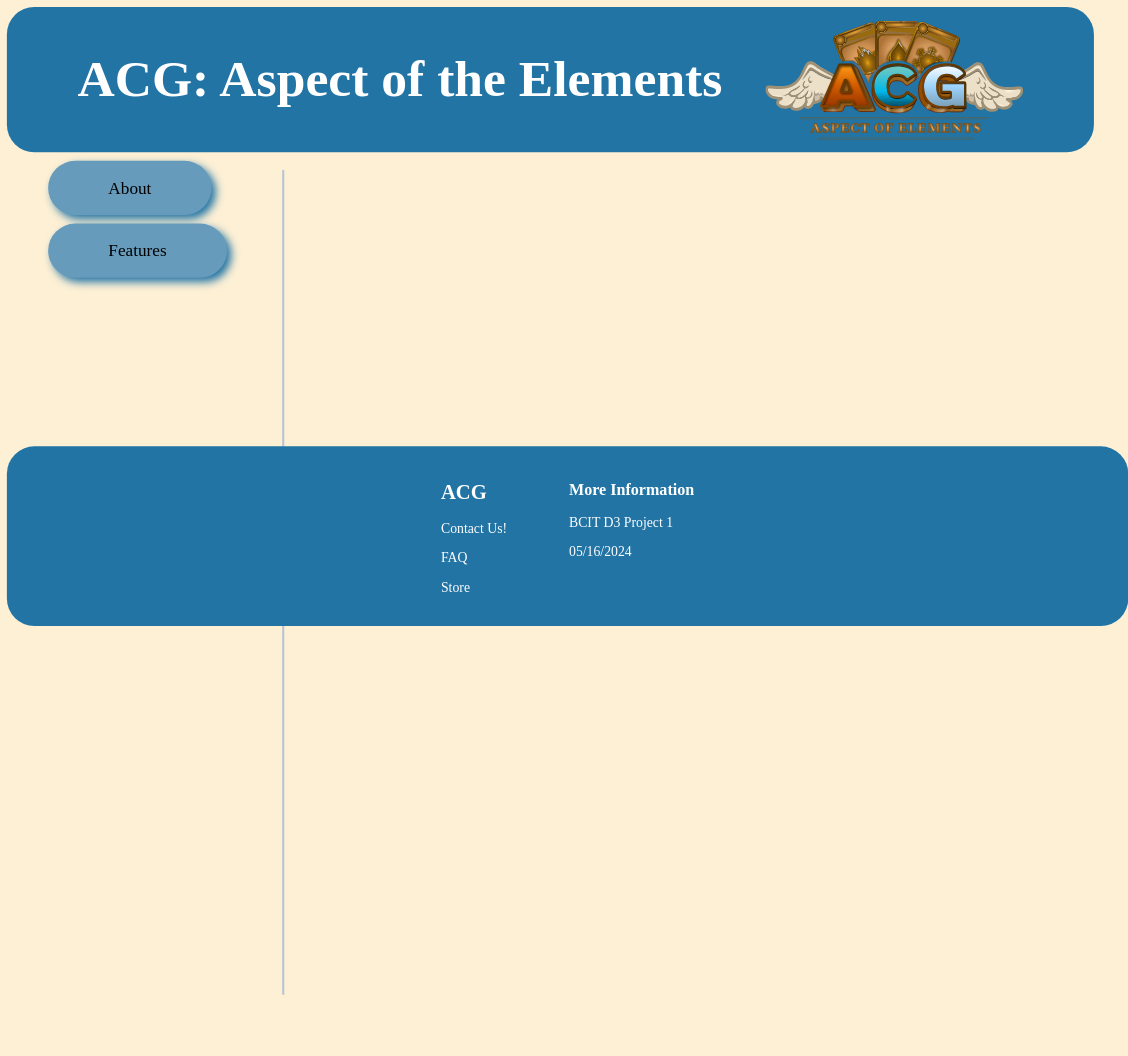
Repository: Delukalgh/ACG
Page: index.html
An editor plug-in stored every save of this project. The page is shown before and after the next save, followed by the edit.
The browser window is 1280 px wide. The page is 1312 px wide, so the pictures cover 1312 px, including what lies to the right of the window. The pictures show the whole page, at 86% of full size.

Above is the page before, as saved 2024-05-15 15:08:18.

### index.html
<!DOCTYPE html>
<html lang="en">

<head>
  <meta charset="UTF-8">
  <meta name="viewport" content="width=device-width, initial-scale=1.0">
  <meta http-equiv="X-UA-Compatible" content="ie=edge">
  <title>ACG Home Page</title>
  <link rel="stylesheet" href="style.css">
</head>

<body>
  <script src="index.js"></script>
  <div class="main-container">
    <div class="header-container">
      <h1 class="acg-header">ACG: Aspect of the Elements</h1>
      <img class="acg-logo" src="images/ACG-Logo.svg" alt="acg logo" style="width: 300px;" />
    </div>
    <div class="vertical-line"></div>

    <div class="buttons-container">
    <div class="button">
      <a class="link" href="about.html">
        <button class="about-page">About</button>
      </a>
    </div>
    <div class="button">
      <a class="link" href="features.html">
        <button class="about-page">Features</button>
      </a>
    </div>
    </div>
    <div class="footer-container">
      <div class="footer-group-1">
        <h2>ACG</h2>
        <p>Contact Us!</p>
        <p>FAQ</p>
        <p>Store</p>
      </div>

      <div class="footer-group-2">
        <h3>More Information</h3>
        <p>BCIT D3 Project 1</p>
        <p>05/16/2024</p>
      </div>
    </div>
  </div>
</body>

</html>

### style.css
body {
    background-color: #FDF0D5;
}

.main-container {
    position: relative;
    min-height: 100vh;
}
.header-container {
    display: flex;
    background-color: #2274A5;
    padding: 10px;
    justify-content: center;
    border-radius: 32px;
}

.acg-header {
    color: white;
    font-family: cursive;
    font-size: 60px;
}

.acg-logo {
    display: flex;
    margin-left: 50px;
}

.vertical-line {
    border-left: 3px solid #B3C5D7;
    height: 60em;
    position:absolute;
    margin-left: 20em;
    border-radius: 32px;
    margin-top: 20px;
}

.button {
    display: flex;
    justify-content: center;
    margin-top: 10px;
    justify-content: left;
    margin-left: 3em;
}

.about-page {
    display: flex;
    background-color: #669BBC;
    padding: 20px 70px;
    border-radius: 32px;
    border: none;
    font-size: 20px;
    font-family: cursive;
    box-shadow: 5px 5px 10px #2274A5;
    cursor: pointer;
}

.link {
    text-decoration: none;
}

.footer-container {
    display: flex;
    background-color: #2274A5;
    padding: 20px;
    justify-content: center;
    border-radius: 32px;
    position:absolute;
    bottom: 0;
    width: 100%;
    color: white;
    font-family: cursive;
}

.footer-group-1 {
margin-right: 10vh;
}

Loaded but not shown: index.js (no stored copy; drawn as an empty file)

After the next save:
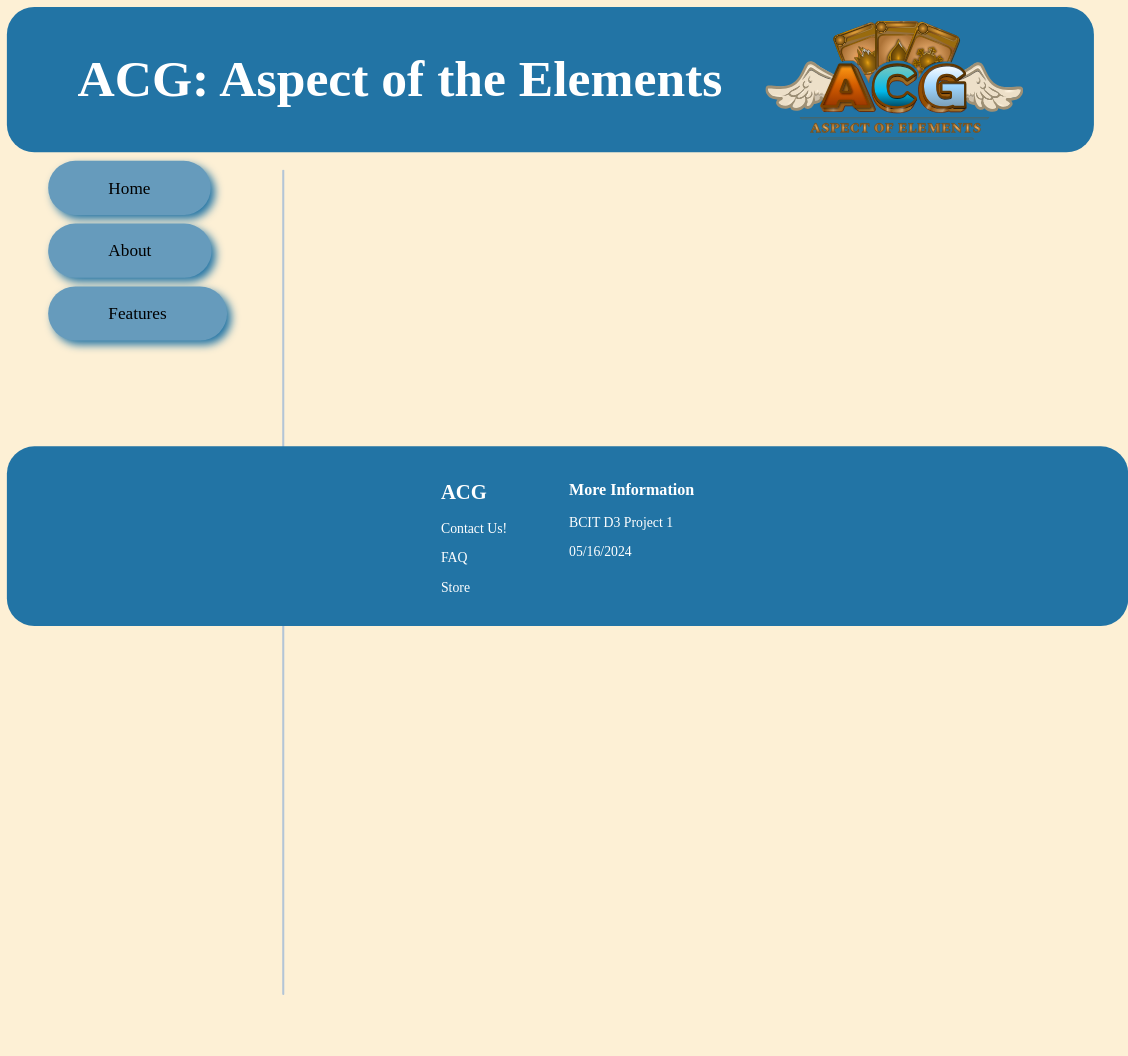
Saved 25 s later.
--- a/index.html
+++ b/index.html
@@ -19,6 +19,11 @@
     <div class="vertical-line"></div>
 
     <div class="buttons-container">
+      <div class="button">
+        <a class="link" href="/">
+          <button class="about-page">Home</button>
+        </a>
+      </div>
     <div class="button">
       <a class="link" href="about.html">
         <button class="about-page">About</button>
